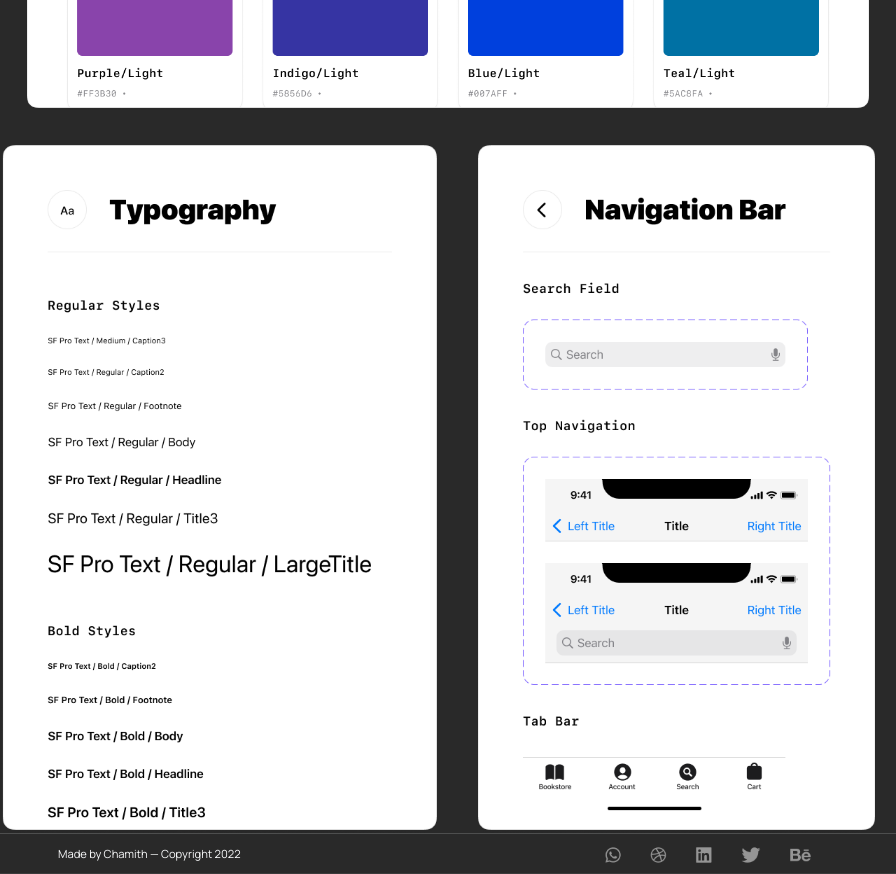
Repository: Realchamithweb/chamith-html
Page: work.html
These files come from the project's save history. The page is drawn as it stood at one moment and after the next save; the edit follows.
The browser window is 1280 px wide. The pictures show the part of the page from y = 3638 to 5558 px (the page is 4887 px tall before and 5558 px after), at 70% of full size.

Above is the page before, as saved 2023-01-24 07:57:23.

After the next save:
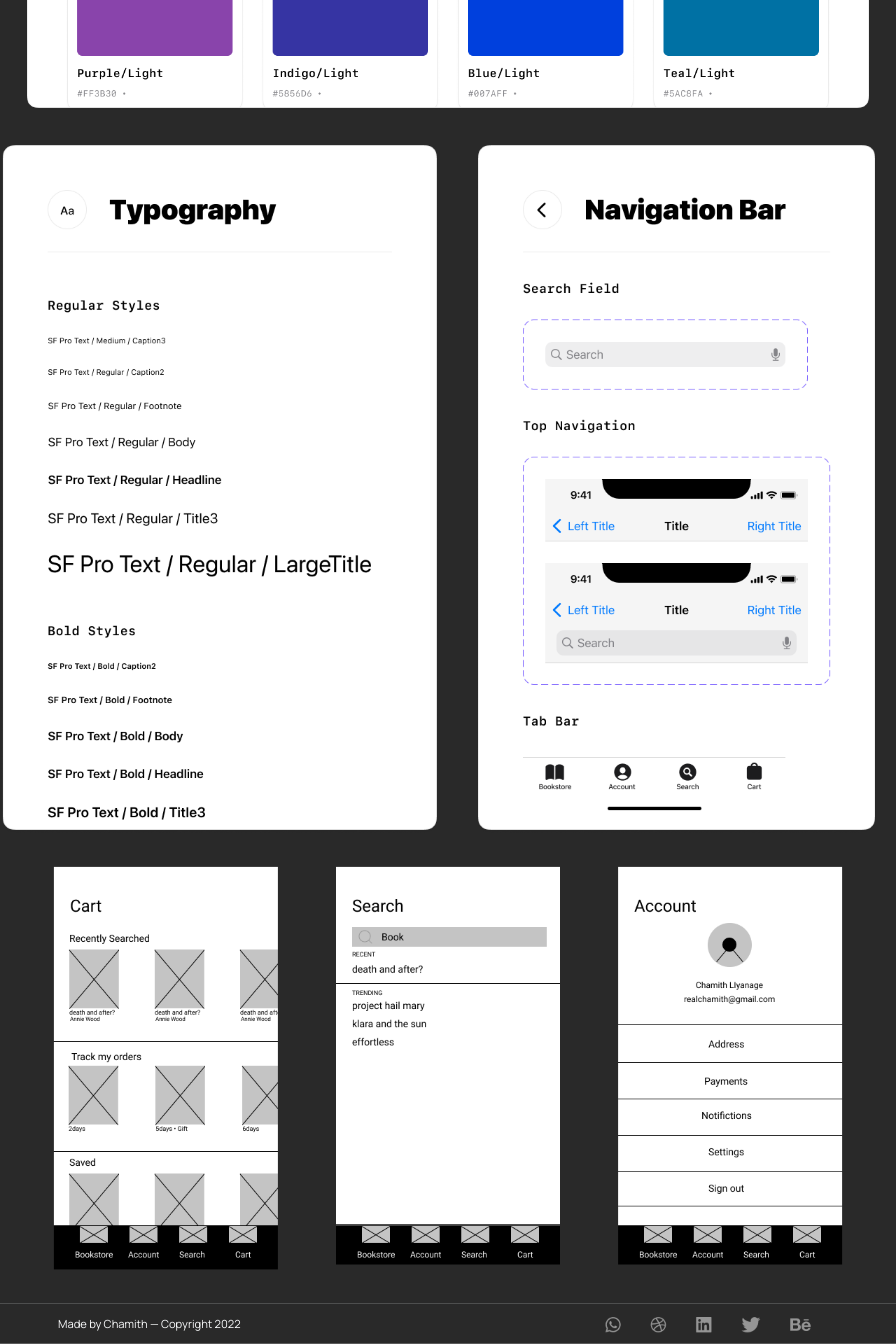
Saved 3 min 43 s later.
--- a/work.html
+++ b/work.html
@@ -124,6 +124,19 @@
                 </div>
             </section>
             <section>
+                <div class="row p-5">
+                    <div class="col-lg-4 mx-auto">
+                        <img src="/inc/Cart.png" class="img-fluid mx-auto d-block text-center">
+                    </div>
+                    <div class="col-lg-4 mx-auto">
+                        <img src="/inc/Search.png" class="img-fluid mx-auto d-block text-center">
+                    </div>
+                    <div class="col-lg-4 mx-auto">
+                        <img src="/inc/Account.png" class="img-fluid mx-auto d-block text-center">
+                    </div>
+                </div>
+            </section>
+            <section>
               <div class="footer">
                   <div class="container-fluid">
                       <div class="row">
